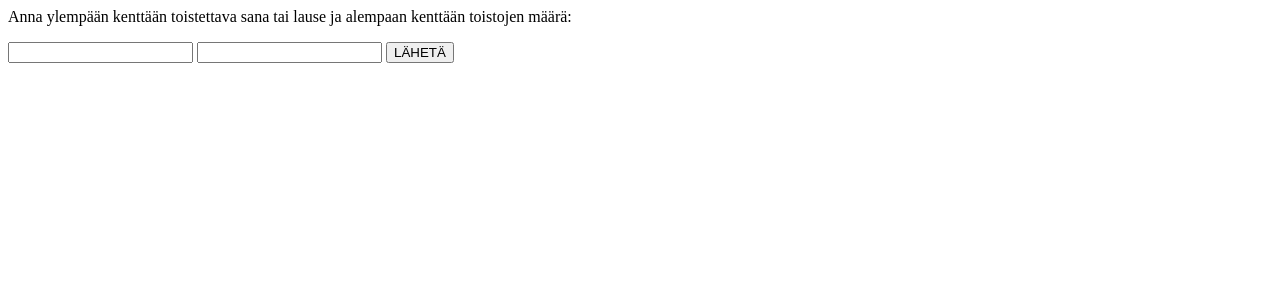
Repository: koodaajakige/knykanen
Page: public_html/be/sanatoisto.html
An editor plug-in stored every save of this project. The page is shown before and after the next save, followed by the edit.
The browser window is 1280 px wide. The pictures show the whole page.

Above is the page before, as saved 2022-11-02 06:50:51.

After the next save:
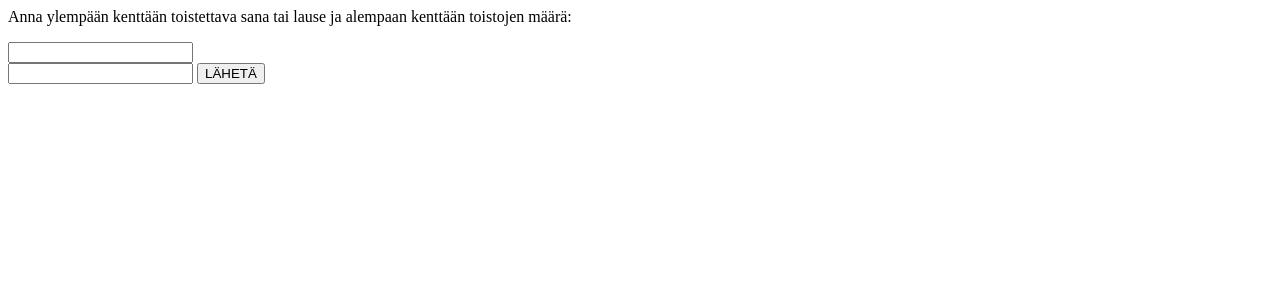
Saved 105 s later.
--- a/public_html/be/sanatoisto.html
+++ b/public_html/be/sanatoisto.html
@@ -5,9 +5,9 @@
 
 <p>Anna ylempään kenttään toistettava sana tai lause ja alempaan kenttään toistojen määrä:</p>
 
-<form action="for1.php" method="GET">
-    <input type="text" name="teksti" />
-    <input type="text" name="teksti" />
+<form action="sanatoisto.php" method="GET">
+    <input type="text" name="teksti" /><br>
+    <input type="text" name="luku" />
     <input type="submit" value="LÄHETÄ" />
 </form>
 </body>
